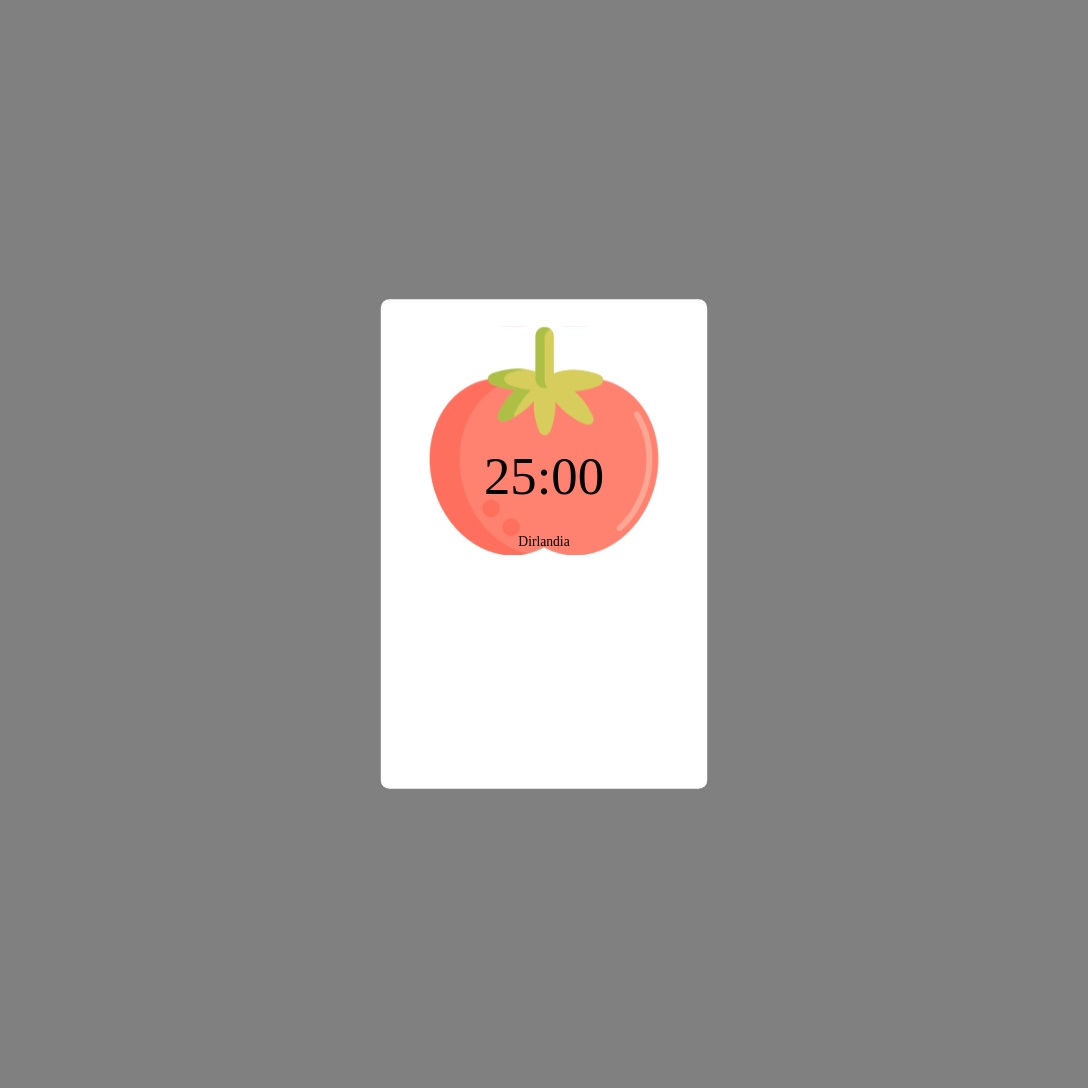
Repository: Dirlandia404/pomodoro
Page: /
An editor plug-in stored every save of this project. The page is shown before and after the next save, followed by the edit.
The browser window is 1280 px wide. The pictures show the whole page, at 85% of full size.
The project was rebuilt for these pictures with package versions that can differ from the ones it lists, and the page was loaded fresh each time.

Above is the page before, as saved 2021-11-24 23:38:15.

### public/index.html
<!DOCTYPE html>
<html lang="en">

<head>
  <meta charset="utf-8" />
  <link rel="icon" href="%PUBLIC_URL%/image 1.png" />
  <meta name="viewport" content="width=device-width, initial-scale=1" />
  <meta name="theme-color" content="#000000" />
  <meta name="description" content="Web site created using create-react-app" />
  <link rel="apple-touch-icon" href="%PUBLIC_URL%/logo192.png" />
  <!--
      manifest.json provides metadata used when your web app is installed on a
      user's mobile device or desktop. See https://developers.google.com/web/fundamentals/web-app-manifest/
    -->
  <link rel="manifest" href="%PUBLIC_URL%/manifest.json" />
  <!--
      Notice the use of %PUBLIC_URL% in the tags above.
      It will be replaced with the URL of the `public` folder during the build.
      Only files inside the `public` folder can be referenced from the HTML.

      Unlike "/favicon.ico" or "favicon.ico", "%PUBLIC_URL%/favicon.ico" will
      work correctly both with client-side routing and a non-root public URL.
      Learn how to configure a non-root public URL by running `npm run build`.
    -->
  <title>Pomodoro Clock</title>
</head>

<body>
  <noscript>You need to enable JavaScript to run this app.</noscript>
  <div id="root"></div>
  <!--
      This HTML file is a template.
      If you open it directly in the browser, you will see an empty page.

      You can add webfonts, meta tags, or analytics to this file.
      The build step will place the bundled scripts into the <body> tag.

      To begin the development, run `npm start` or `yarn start`.
      To create a production bundle, use `npm run build` or `yarn build`.
    -->
</body>

</html>

### src/index.jsx
import React from "react";
import ReactDOM from "react-dom";
import Clock from "./componentes/Primeiro";

function App() {
    const  tempo ={time:25};

    return(
        <div className="App">
            <Clock trabalho={tempo} />
        </div>
    );
}
ReactDOM.render(
    <App />,
    document.getElementById("root")
)

### src/componentes/Primeiro.jsx
import { useEffect, useState } from "react";
import "./componente.css";

function Clock(props){
  const [time, setTime] = useState(25);

    const tick = () =>{
        if(time === 0){
            reset();
        }else{
            setTime([time -1]);
        }
    }
    const reset = () => setTime(parseInt(time));

    useEffect(() =>{
        const timerId = setInterval(() => tick, 60);
        return () => clearInterval(timerId)
    })
    return (
        <main>
            <form action="">
                <img src="/tomato.svg" alt="Tomate" />
                <p class="time">25:00</p>
                <button src="./botao-play.png"></button>
            </form>
           <p >Dirlandia</p>
        </main>
    );
}

export default Clock

### src/componentes/componente.css
*{
    margin: 0;
    border: 0;
    padding: 0;
}
body{
    background-color: grey;
    min-width: 100vw;
    min-height: 100vw;
    display: flex;

    text-align: center;
    align-items: center;
    justify-content: center;
}
main {
    background-color: white;
    min-width: 320px;
    min-height: 40vw;

    justify-content: center;

    padding: 2rem;
    border-radius: 10px;

}

form{
    display: flex;
    flex-direction: column;
}

img{
    width: 100%;
}
p.time {
    padding: 10%;
    font-size: 62px;
    margin-top: -50%;
}

After the next save:
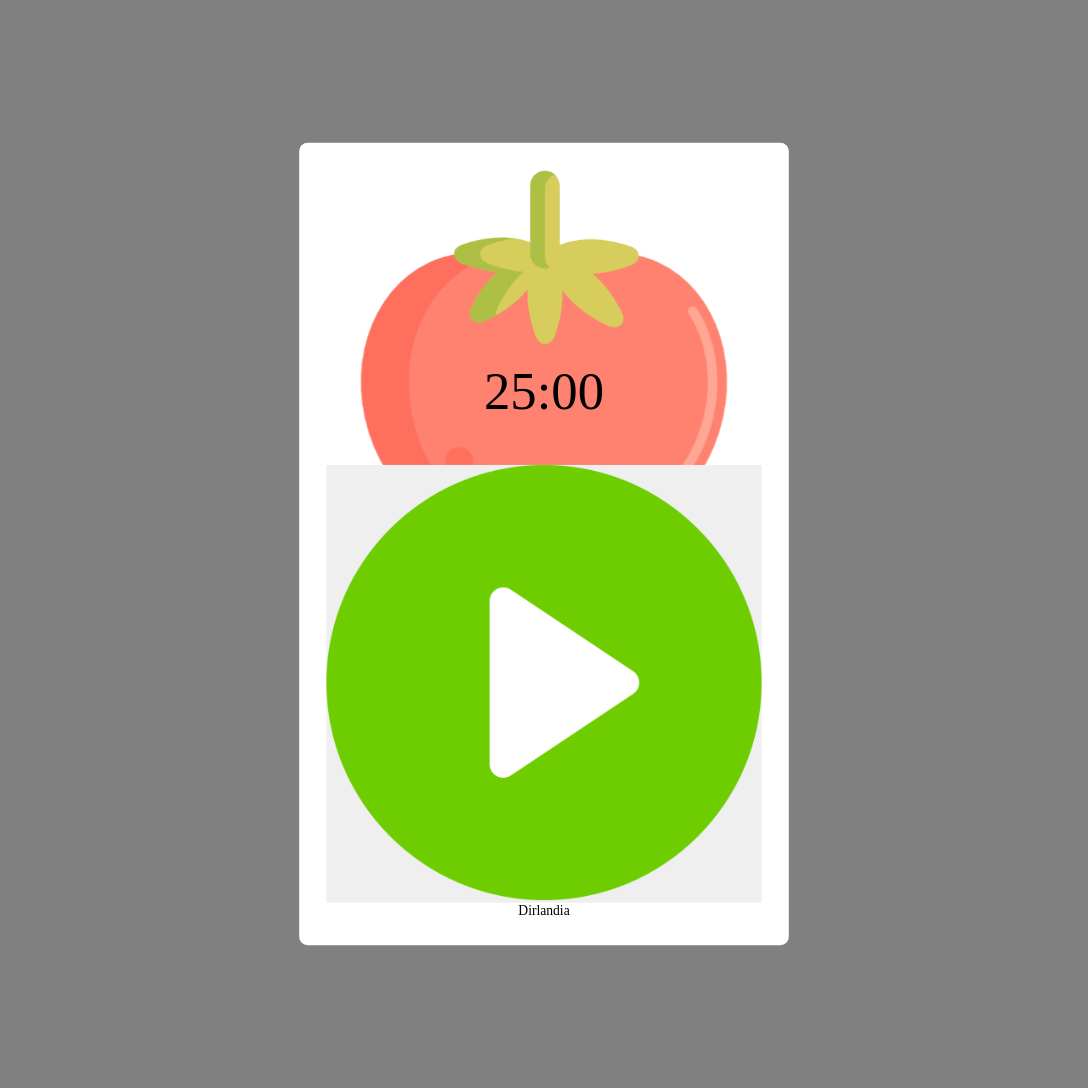
Saved 31 s later.
--- a/src/componentes/Primeiro.jsx
+++ b/src/componentes/Primeiro.jsx
@@ -22,7 +22,9 @@
             <form action="">
                 <img src="/tomato.svg" alt="Tomate" />
                 <p class="time">25:00</p>
-                <button src="./botao-play.png"></button>
+                <button>
+                    <img src="./botao-play.png" alt="" />
+                </button>
             </form>
            <p >Dirlandia</p>
         </main>

After the save that followed:
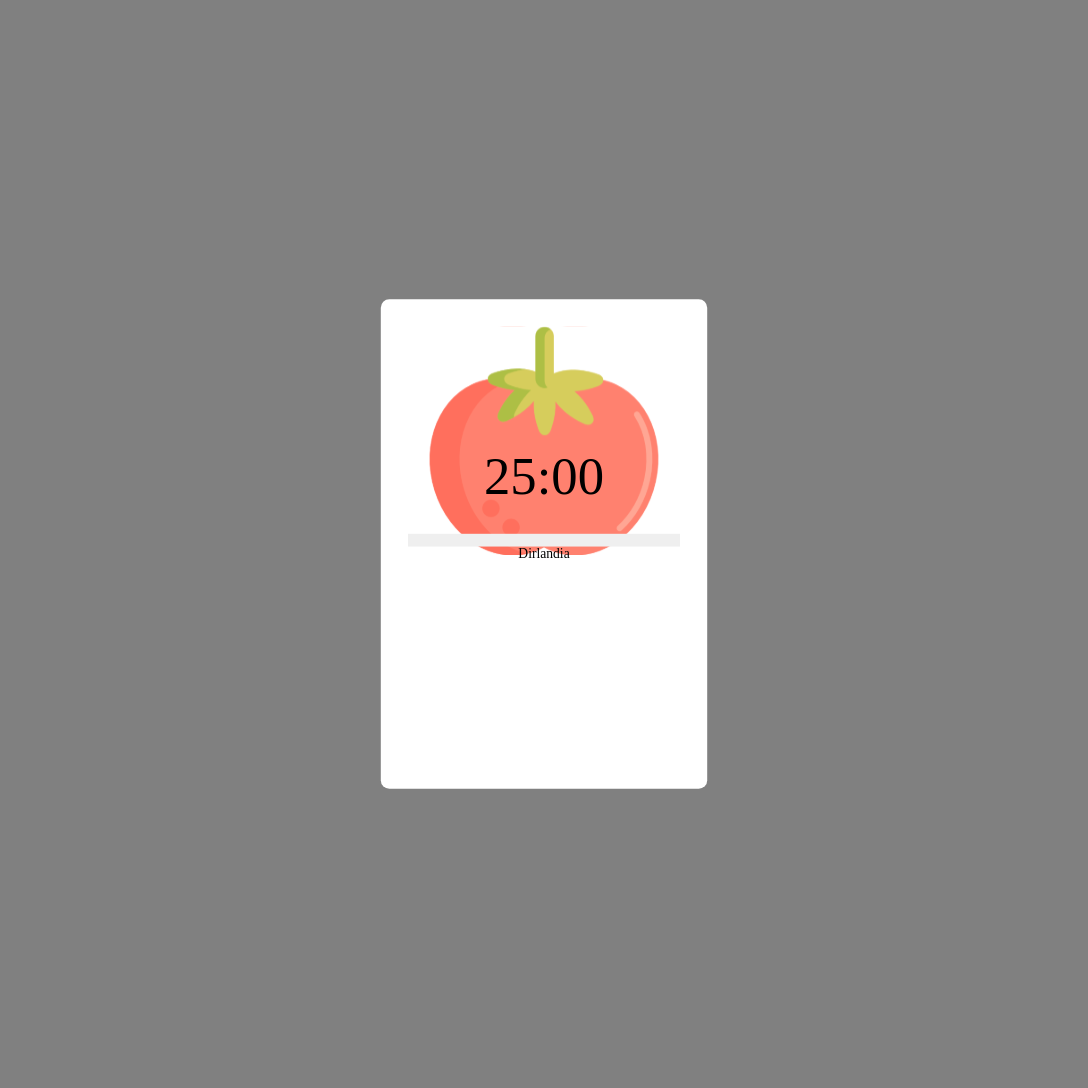
Not found: .play.svg
Saved 117 s later.
--- a/src/componentes/Primeiro.jsx
+++ b/src/componentes/Primeiro.jsx
@@ -23,7 +23,7 @@
                 <img src="/tomato.svg" alt="Tomate" />
                 <p class="time">25:00</p>
                 <button>
-                    <img src="./botao-play.png" alt="" />
+                    <img src=".play.svg" alt="" />
                 </button>
             </form>
            <p >Dirlandia</p>
